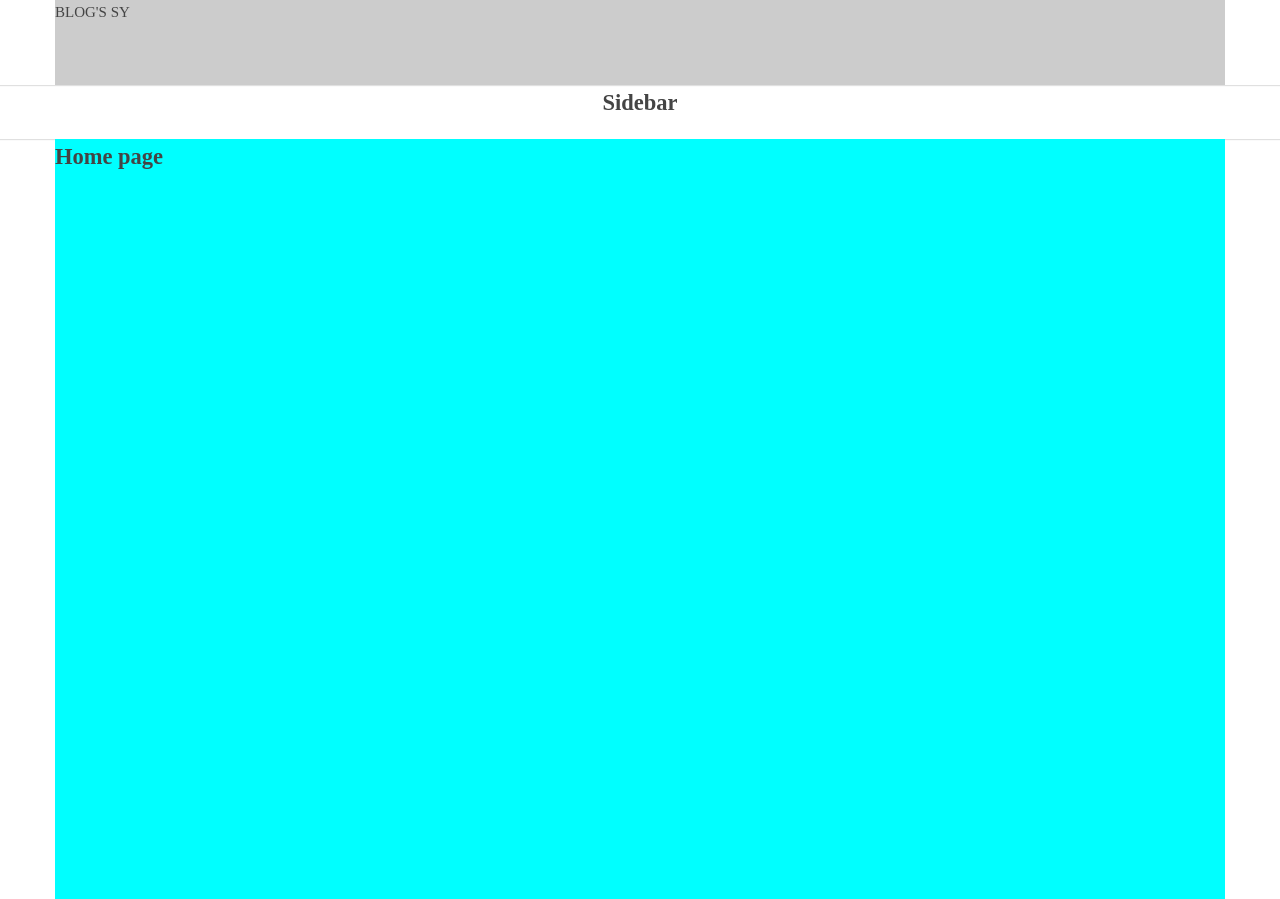
Repository: SyLe-Van/Make-Colorful
Page: /
The author's editor kept a copy of each file at every save. The page is drawn from the files as they stood at one save, then again after the next save.
The browser window is 1280 px wide. The pictures show the whole page.
Some web fonts or font styles are not loaded; a fallback is used. The project was rebuilt for these pictures with package versions that can differ from the ones it lists, and the page was loaded fresh each time. Also part of the build but not shown: src/pages/cinema/index.js, src/pages/fashion/index.js, src/pages/grooming/index.js, src/pages/lifestyle/index.js, src/pages/contact/index.js.

Above is the page before, as saved 2023-10-10 20:56:50.

After the next save:
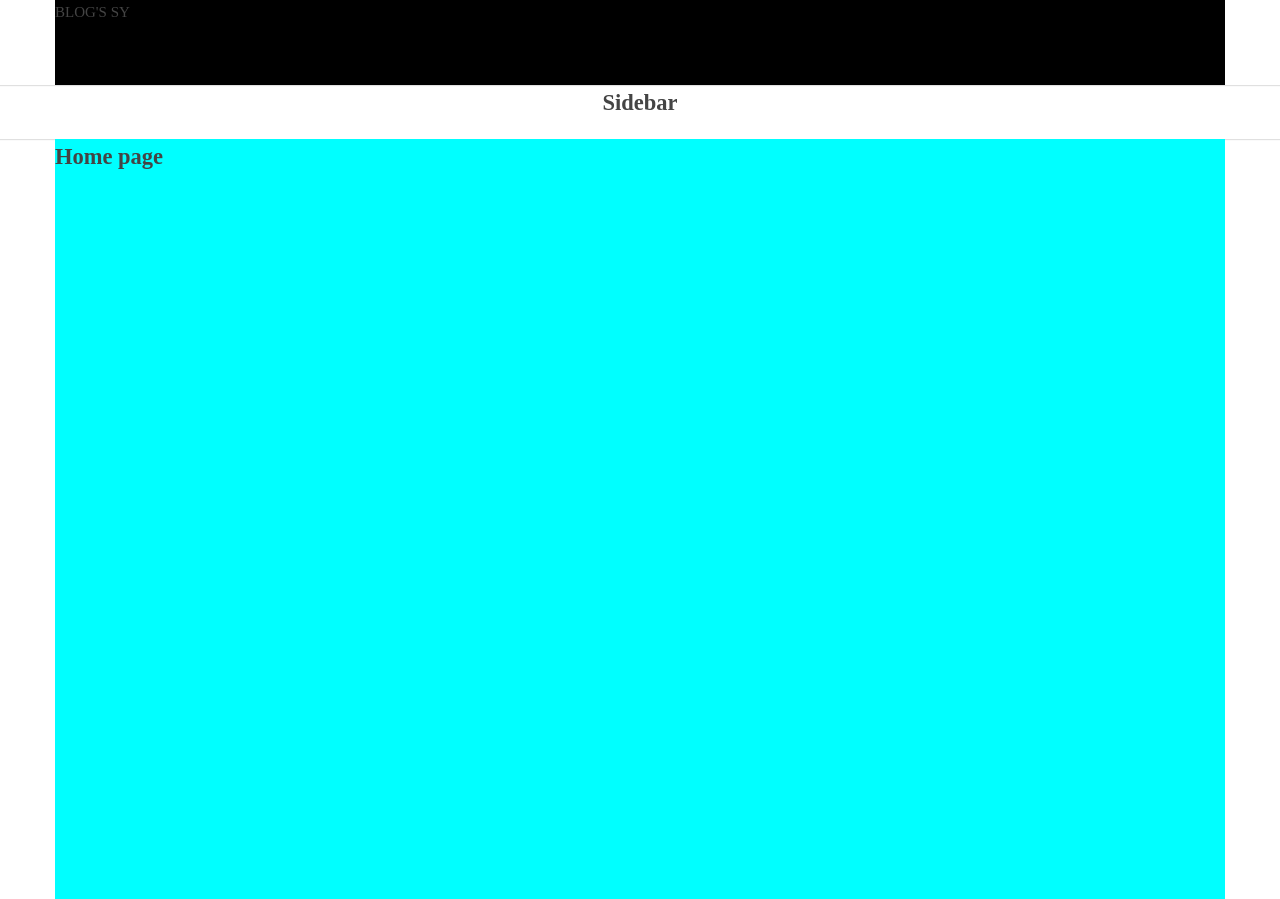
Saved 93 s later.
--- a/src/components/Layout/DefaultLayout/Header/Header.module.scss
+++ b/src/components/Layout/DefaultLayout/Header/Header.module.scss
@@ -8,5 +8,5 @@
 .inner {
     height: 100%;
     width: 1170px;
-    background-color: #ccc;
+    background-color: #000;
 }
